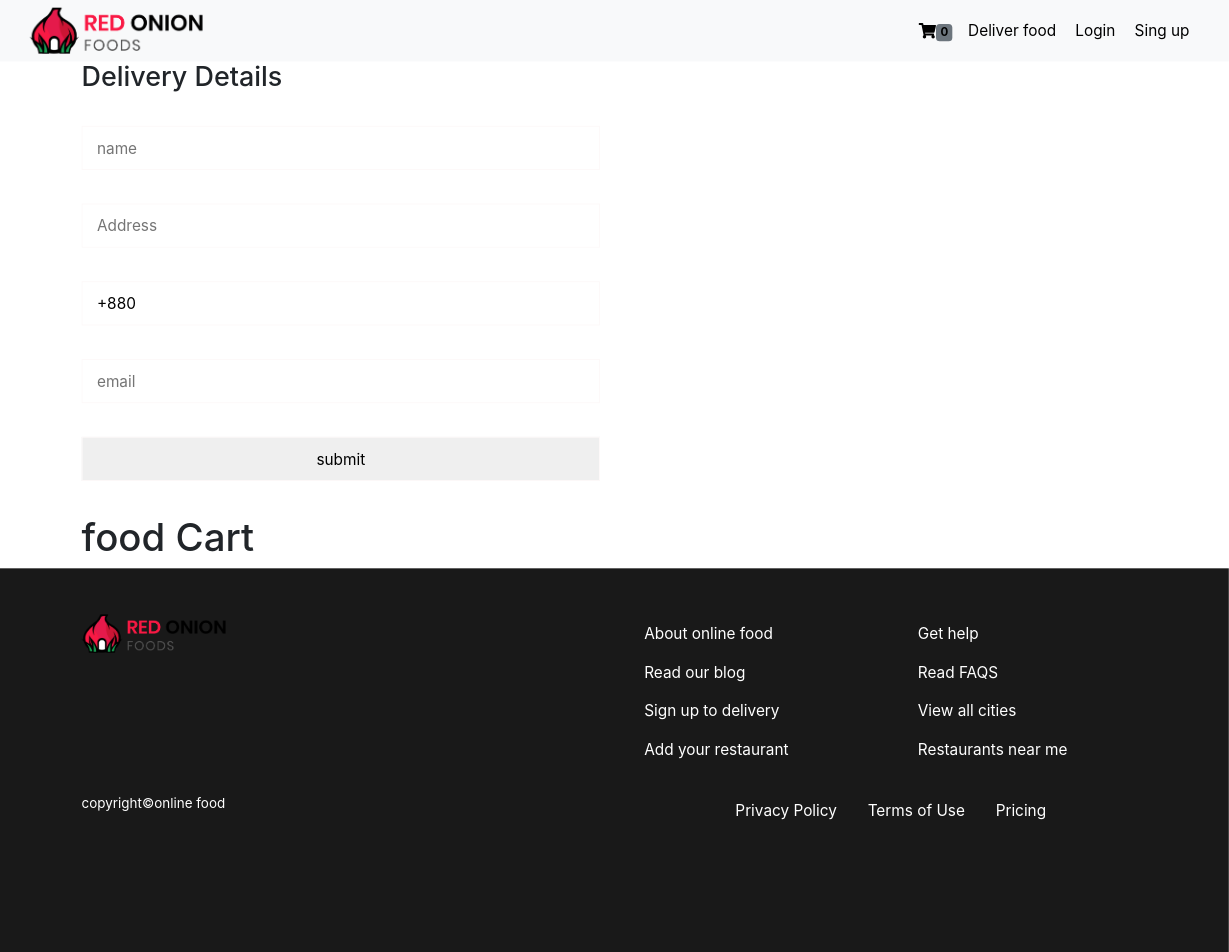
Repository: arif286/red-onion-client
Page: /cart
The author's editor kept a copy of each file at every save. The page is drawn from the files as they stood at one save, then again after the next save.
The browser window is 1280 px wide. The pictures show the whole page, at 96% of full size.
The project was rebuilt for these pictures with package versions that can differ from the ones it lists, and the page was loaded fresh each time. Some packages were replaced by stand-ins written for this rebuild. Also part of the build but not shown: src/App.css, src/components/SearchBar/SearchBar.css, src/components/SearchBar/SearchBar.js, src/components/FoodDetails/FoodDetail.css, src/components/FoodDetails/FoodDetail.js, src/components/DeliveryFood/DeliveryFood.js, src/components/Food/Food.css, src/components/Food/FoodItem.js and 9 more.

Above is the page before, as saved 2021-03-30 16:05:56.

After the next save:
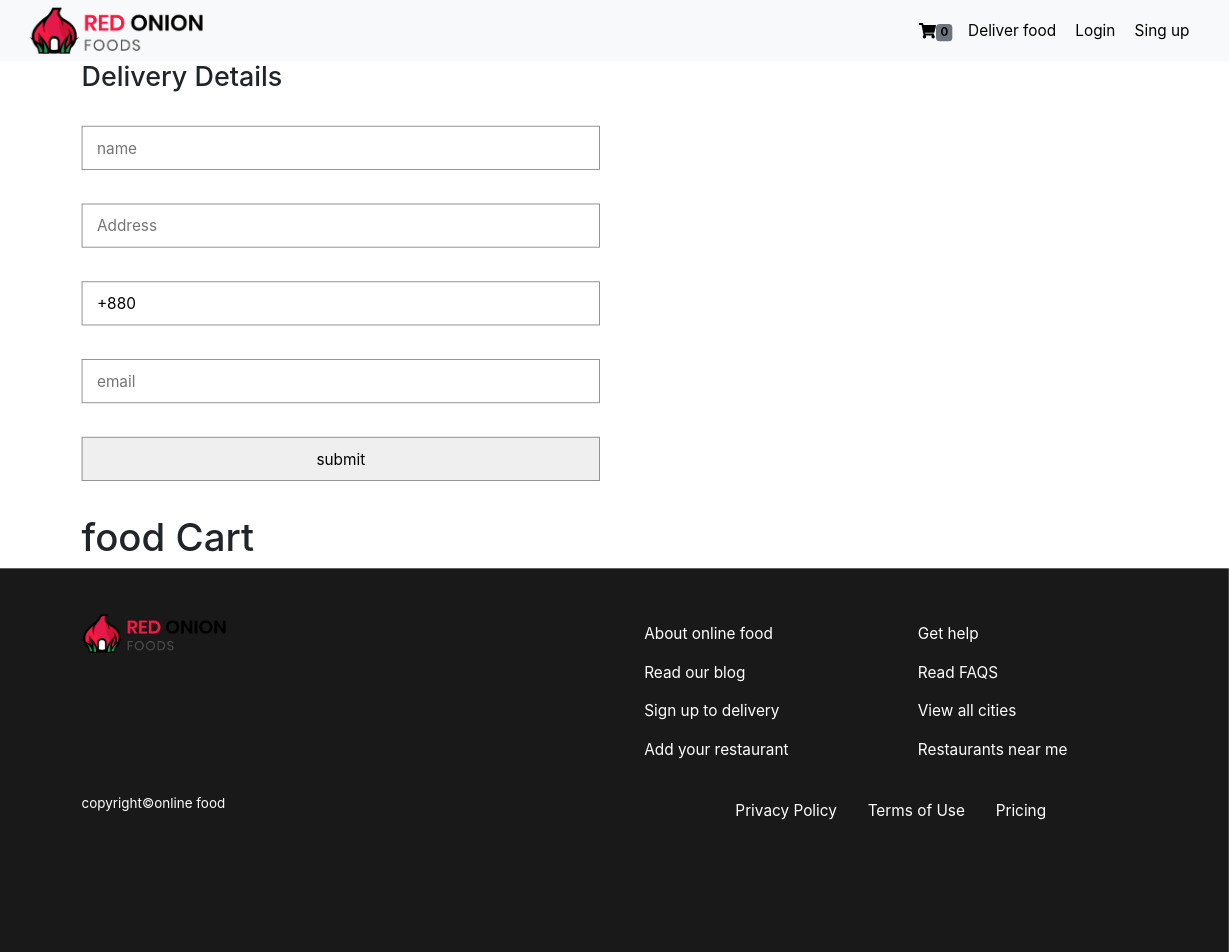
Saved 13 s later.
--- a/src/components/Cart/Cart.css
+++ b/src/components/Cart/Cart.css
@@ -3,7 +3,7 @@
   padding: 10px 15px;
   box-sizing: border-box;
   margin-bottom: 35px;
-  border: 1px solid #fdf9f9;
+  border: 1px solid #909090;
 }
 .delivery-form input:first-child {
   margin-top: 25px;
